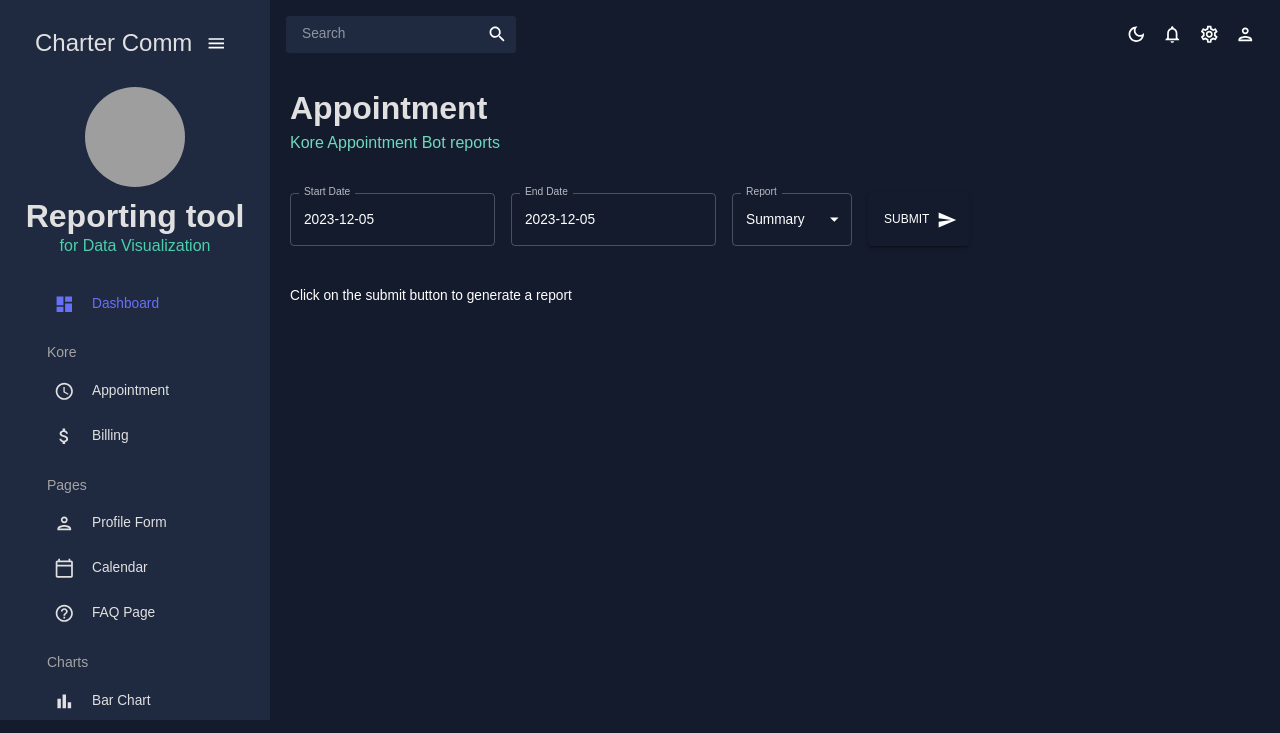
Repository: HenrryWith2Rs/reporthub
Page: /kore/appt (app in ui/)
An editor plug-in stored every save of this project. The page is shown before and after the next save, followed by the edit.
The browser window is 1280 px wide. The pictures show the whole page.
Pictures or frames that could not be fetched are drawn as grey boxes. The project was rebuilt for these pictures with package versions that can differ from the ones it lists, and the page was loaded fresh each time. Also part of the build but not shown: ui/vite.config.ts, ui/src/data/mockData.ts, ui/src/components/LineChart.tsx, ui/src/data/mockGeoFeatures.ts, ui/src/components/GeographyChart.tsx, ui/src/data/dataParser.ts, ui/src/components/BarChart.tsx, ui/src/components/ProgressCircle.tsx and 7 more.

Above is the page before, as saved 2023-12-07 07:27:47.

### ui/src/main.tsx
import React from 'react';
import ReactDOM from 'react-dom/client';
import { BrowserRouter } from 'react-router-dom';
import App from './App.tsx';
import './index.css';
import { LocalizationProvider } from '@mui/x-date-pickers';
import { AdapterDateFns } from '@mui/x-date-pickers/AdapterDateFns';
import { QueryClient, QueryClientProvider } from '@tanstack/react-query';
// import {ReactQueryDevtools} from "@tanstack/react-query-devtools"

const queryClient = new QueryClient();

ReactDOM.createRoot(document.getElementById('root')!).render(
  <React.StrictMode>
    <LocalizationProvider dateAdapter={AdapterDateFns}>
      <BrowserRouter>
        <QueryClientProvider client={queryClient}>
          <App />
        </QueryClientProvider>
      </BrowserRouter>
    </LocalizationProvider>
  </React.StrictMode>
);

### ui/src/App.tsx
import { Routes, Route } from 'react-router-dom';
import ThemeRegistry from './ThemeRegistry/ThemeRegistry';
import Topbar from './scenes/global/Topbar';
import Sidebar from './scenes/global/Sidebar';
import Dashboard from './scenes/dashboard';
import Appointment from './scenes/appointment';
import Bar from './scenes/bar';
import Pie from './scenes/pie';
import Line from './scenes/line';
import Geography from './scenes/geography';

function App() {
  return (
    <ThemeRegistry>
      <div className="app">
        <Sidebar />
        <main className="content">
          <Topbar />
          <Routes>
            <Route path="/" element={<Dashboard />} />
            <Route path="/kore/appt" element={<Appointment />} />
            <Route path="/bar" element={<Bar />} />
            <Route path="/pie" element={<Pie />} />
            <Route path="/line" element={<Line />} />
            <Route path="/geography" element={<Geography />} />
          </Routes>
        </main>
      </div>
    </ThemeRegistry>
  );
}

export default App;

### ui/src/index.css
@import url('https://fonts.googleapis.com/css2?family=Poppins:wght@300;400;500;600&family=Source+Code+Pro:wght@400;600;700&display=swap');

html,
body,
#root,
.app,
.content {
  height: 100%;
  width: 100%;
  font-family: 'Source Sans Pro', sans-serif;
}

.app {
  display: flex;
  position: relative;
}

::-webkit-scrollbar {
  width: 10px;
}

/* Track */
::-webkit-scrollbar-track {
  background: #e0e0e0;
}

/* Handle */
::-webkit-scrollbar-thumb {
  background: #888;
}

/* Handle on hover */
::-webkit-scrollbar-thumb:hover {
  background: #555;
}

### ui/src/ThemeRegistry/ThemeRegistry.tsx
import { ThemeProvider, CssBaseline } from '@mui/material';
import { ColorModeContext, useMode } from './theme';

export default function ThemeRegistry({
  children,
}: {
  children: React.ReactNode;
}) {
  const [theme, colorMode] = useMode();
  return (
    <ColorModeContext.Provider value={colorMode}>
      <ThemeProvider theme={theme}>
        {/* CssBaseline kickstart an elegant, consistent, and simple baseline to build upon. */}
        <CssBaseline />
        {children}
      </ThemeProvider>
    </ColorModeContext.Provider>
  );
}

### ui/src/scenes/global/Topbar.tsx
import { Box, IconButton, useTheme } from '@mui/material';
import { useContext } from 'react';
import { ColorModeContext, tokens } from '../../ThemeRegistry/theme';
import InputBase from '@mui/material/InputBase';
import LightModeOutlinedIcon from '@mui/icons-material/LightModeOutlined';
import DarkModeOutlinedIcon from '@mui/icons-material/DarkModeOutlined';
import NotificationsOutlinedIcon from '@mui/icons-material/NotificationsOutlined';
import SettingsOutlinedIcon from '@mui/icons-material/SettingsOutlined';
import PersonOutlinedIcon from '@mui/icons-material/PersonOutlined';
import SearchIcon from '@mui/icons-material/Search';

const Topbar = () => {
  const theme = useTheme();
  const colors = tokens(theme.palette.mode);
  const colorMode = useContext(ColorModeContext);

  return (
    <Box display="flex" justifyContent="space-between" p={2}>
      {/* SEARCH BAR */}
      <Box
        sx={{
          display: 'flex',
          backgroundColor: colors.primary[400],
          borderRadius: '3px',
        }}
      >
        <InputBase sx={{ ml: 2, flex: 1 }} placeholder="Search" />
        <IconButton type="button" sx={{ p: 1 }}>
          <SearchIcon />
        </IconButton>
      </Box>

      {/* ICONS */}
      <Box display="flex">
        <IconButton onClick={colorMode.toggleColorMode}>
          {theme.palette.mode === 'dark' ? (
            <DarkModeOutlinedIcon />
          ) : (
            <LightModeOutlinedIcon />
          )}
        </IconButton>
        <IconButton>
          <NotificationsOutlinedIcon />
        </IconButton>
        <IconButton>
          <SettingsOutlinedIcon />
        </IconButton>
        <IconButton>
          <PersonOutlinedIcon />
        </IconButton>
      </Box>
    </Box>
  );
};

export default Topbar;

### ui/src/scenes/global/Sidebar.tsx
import { useState } from 'react';
import { ProSidebar, Menu, MenuItem } from 'react-pro-sidebar';
import { Box, IconButton, Typography, useTheme } from '@mui/material';
import { Link } from 'react-router-dom';
import 'react-pro-sidebar/dist/css/styles.css';
import { tokens } from '../../ThemeRegistry/theme';
import DashboardIcon from '@mui/icons-material/Dashboard';
import AccessTimeIcon from '@mui/icons-material/AccessTime';
import AttachMoneyIcon from '@mui/icons-material/AttachMoney';

import PersonOutlinedIcon from '@mui/icons-material/PersonOutlined';
import CalendarTodayOutlinedIcon from '@mui/icons-material/CalendarTodayOutlined';
import HelpOutlineOutlinedIcon from '@mui/icons-material/HelpOutlineOutlined';
import BarChartOutlinedIcon from '@mui/icons-material/BarChartOutlined';
import PieChartOutlineOutlinedIcon from '@mui/icons-material/PieChartOutlineOutlined';
import TimelineOutlinedIcon from '@mui/icons-material/TimelineOutlined';
import MenuOutlinedIcon from '@mui/icons-material/MenuOutlined';
import MapOutlinedIcon from '@mui/icons-material/MapOutlined';

type ItemProps = {
  title: string;
  to: string;
  icon: JSX.Element;
  selected: string;
  setSelected: React.Dispatch<React.SetStateAction<string>>;
};

const Item: React.FC<ItemProps> = ({
  title,
  to,
  icon,
  selected,
  setSelected,
}) => {
  const theme = useTheme();
  const colors = tokens(theme.palette.mode);
  return (
    <MenuItem
      active={selected === title}
      style={{
        color: colors.grey[100],
      }}
      onClick={() => setSelected(title)}
      icon={icon}
    >
      <Typography>{title}</Typography>
      <Link to={to} />
    </MenuItem>
  );
};

const Sidebar = () => {
  const theme = useTheme();
  const colors = tokens(theme.palette.mode);
  const [isCollapsed, setIsCollapsed] = useState(false);
  const [selected, setSelected] = useState('Dashboard');

  return (
    <Box
      sx={{
        '& .pro-sidebar-inner': {
          background: `${colors.primary[400]} !important`,
        },
        '& .pro-icon-wrapper': {
          backgroundColor: 'transparent !important',
        },
        '& .pro-inner-item': {
          padding: '5px 35px 5px 20px !important',
        },
        '& .pro-inner-item:hover': {
          color: '#868dfb !important',
        },
        '& .pro-menu-item.active': {
          color: '#6870fa !important',
        },
      }}
    >
      <ProSidebar collapsed={isCollapsed}>
        <Menu iconShape="square">
          {/* LOGO AND MENU ICON */}
          <MenuItem
            onClick={() => setIsCollapsed(!isCollapsed)}
            icon={isCollapsed ? <MenuOutlinedIcon /> : undefined}
            style={{
              margin: '10px 0 20px 0',
              color: colors.grey[100],
            }}
          >
            {!isCollapsed && (
              <Box
                display="flex"
                justifyContent="space-between"
                alignItems="center"
                ml="15px"
              >
                <Typography variant="h3" color={colors.grey[100]}>
                  Charter Comm
                </Typography>
                <IconButton onClick={() => setIsCollapsed(!isCollapsed)}>
                  <MenuOutlinedIcon />
                </IconButton>
              </Box>
            )}
          </MenuItem>

          {!isCollapsed && (
            <Box mb="25px">
              <Box display="flex" justifyContent="center" alignItems="center">
                <img
                  alt="profile-user"
                  width="100px"
                  height="100px"
                  src={`../../assets/me.png`}
                  style={{ cursor: 'pointer', borderRadius: '50%' }}
                />
              </Box>
              <Box textAlign="center">
                <Typography
                  variant="h2"
                  color={colors.grey[100]}
                  fontWeight="bold"
                  sx={{ m: '10px 0 0 0' }}
                >
                  Reporting tool
                </Typography>
                <Typography variant="h5" color={colors.greenAccent[500]}>
                  for Data Visualization
                </Typography>
              </Box>
            </Box>
          )}

          <Box paddingLeft={isCollapsed ? undefined : '10%'}>
            <Item
              title="Dashboard"
              to="/"
              icon={<DashboardIcon />}
              selected={selected}
              setSelected={setSelected}
            />

            <Typography
              variant="h6"
              color={colors.grey[300]}
              sx={{ m: '15px 0 5px 20px' }}
            >
              Kore
            </Typography>
            <Item
              title="Appointment"
              to="/kore/appt"
              icon={<AccessTimeIcon />}
              selected={selected}
              setSelected={setSelected}
            />
            <Item
              title="Billing"
              to="/kore/bill"
              icon={<AttachMoneyIcon />}
              selected={selected}
              setSelected={setSelected}
            />

            <Typography
              variant="h6"
              color={colors.grey[300]}
              sx={{ m: '15px 0 5px 20px' }}
            >
              Pages
            </Typography>
            <Item
              title="Profile Form"
              to="/form"
              icon={<PersonOutlinedIcon />}
              selected={selected}
              setSelected={setSelected}
            />
            <Item
              title="Calendar"
              to="/calendar"
              icon={<CalendarTodayOutlinedIcon />}
              selected={selected}
              setSelected={setSelected}
            />
            <Item
              title="FAQ Page"
              to="/faq"
              icon={<HelpOutlineOutlinedIcon />}
              selected={selected}
              setSelected={setSelected}
            />

            <Typography
              variant="h6"
              color={colors.grey[300]}
              sx={{ m: '15px 0 5px 20px' }}
            >
              Charts
            </Typography>
            <Item
              title="Bar Chart"
              to="/bar"
              icon={<BarChartOutlinedIcon />}
              selected={selected}
              setSelected={setSelected}
            />
            <Item
              title="Pie Chart"
              to="/pie"
              icon={<PieChartOutlineOutlinedIcon />}
              selected={selected}
              setSelected={setSelected}
            />
            <Item
              title="Line Chart"
              to="/line"
              icon={<TimelineOutlinedIcon />}
              selected={selected}
              setSelected={setSelected}
            />
            <Item
              title="Geography Chart"
              to="/geography"
              icon={<MapOutlinedIcon />}
              selected={selected}
              setSelected={setSelected}
            />
          </Box>
        </Menu>
      </ProSidebar>
    </Box>
  );
};

export default Sidebar;

### ui/src/scenes/appointment/index.tsx
import { useState, useEffect } from 'react';
import { tokens } from '../../ThemeRegistry/theme';
import Header from '../../components/Header';
import {
  useTheme,
  Box,
  Stack,
  Button,
  MenuItem,
  InputLabel,
  FormControl,
  CircularProgress,
} from '@mui/material';
import SendIcon from '@mui/icons-material/Send';
import Select, { SelectChangeEvent } from '@mui/material/Select';
import { DatePicker } from '@mui/x-date-pickers/DatePicker';
import { format } from 'date-fns';
import { getLastNDays } from '../../utils/dateUtils';
import { ReportType } from '../../types/koreTypes';
import useBotData from '../../api/dataHooks/useAppointmentData';

const Appointment = () => {
  const theme = useTheme();
  const colors = tokens(theme.palette.mode);

  // State variables
  const [dateStart, setDateStart] = useState<Date | null>(new Date());
  const [dateEnd, setDateEnd] = useState<Date | null>(new Date());
  const [reportType, setReportType] = useState<ReportType>('summary');
  const [isFetchEnabled, setIsFetchEnabled] = useState<boolean>(false);

  // Effect to set initial date values
  useEffect(() => {
    const { startDate, endDate } = getLastNDays(1);
    setDateStart(startDate);
    setDateEnd(endDate);
  }, []);

  // Format date values
  const formattedStartDate = formatDate(dateStart);
  const formattedEndDate = formatDate(dateEnd);

  // Fetch data using useBotData
  const { data, isFetching, error, refetch } = useBotData(
    'appointment',
    formattedStartDate,
    formattedEndDate,
    reportType,
    'html',
    isFetchEnabled
  );

  // Log loading, error, or API response
  if (isFetching) {
    console.log('Loading...');
  } else if (error) {
    console.error('Error fetching data');
  } else if (data) {
    console.log('API Response:', data);
    // Display data or update state as needed
  }

  // Handle select change
  const handleSelectChange = (event: SelectChangeEvent) => {
    setReportType(event.target.value as ReportType);
  };

  // Handle form submission
  const handleSubmit = () => {
    setIsFetchEnabled(true); // Enable fetching
    refetch(); // Trigger API call
  };
  return (
    <Box m="20px">
      <Header title="Appointment" subtitle="Kore Appointment Bot reports" />
      <Box m="40px 0 0 0" height="75vh">
        <Stack direction="row" spacing={2}>
          <DatePicker
            label="Start Date"
            format="yyyy-MM-dd"
            value={dateStart}
            onChange={(newValue) => setDateStart(newValue)}
          />
          <DatePicker
            label="End Date"
            format="yyyy-MM-dd"
            value={dateEnd}
            onChange={(newValue) => setDateEnd(newValue)}
          />
          <FormControl sx={{ minWidth: 120 }}>
            <InputLabel>Report</InputLabel>
            <Select
              value={reportType}
              label="Report"
              onChange={handleSelectChange}
            >
              <MenuItem value={'summary'}>Summary</MenuItem>
              <MenuItem value={'detailed'}>Detailed</MenuItem>
            </Select>
          </FormControl>
          <Button
            variant="contained"
            endIcon={<SendIcon />}
            onClick={handleSubmit}
          >
            Submit
          </Button>
        </Stack>
        <Box m="40px 0 0 0" height="10vh">
          {isFetching ? (
            <CircularProgress />
          ) : error ? (
            <div>Error fetching data. Please try again.</div>
          ) : data ? (
            <div>Data loaded successfully!</div>
          ) : (
            <div>Click on the submit button to generate a report</div>
          )}
        </Box>
      </Box>
    </Box>
  );
};

const formatDate = (date: Date | null): string => {
  return date ? format(date, 'yyyy-MM-dd') : '';
};

export default Appointment;

### ui/src/ThemeRegistry/theme.ts
import { createContext, useState, useMemo } from 'react';
import { Theme, createTheme } from '@mui/material/styles';

type Mode = 'dark' | 'light';

// color design tokens export
export const tokens = (mode: Mode) => ({
  ...(mode === 'dark'
    ? {
        grey: {
          100: '#e0e0e0',
          200: '#c2c2c2',
          300: '#a3a3a3',
          400: '#858585',
          500: '#666666',
          600: '#525252',
          700: '#3d3d3d',
          800: '#292929',
          900: '#141414',
        },
        primary: {
          100: '#d0d1d5',
          200: '#a1a4ab',
          300: '#727681',
          400: '#1F2A40',
          500: '#141b2d',
          600: '#101624',
          700: '#0c101b',
          800: '#080b12',
          900: '#040509',
        },
        greenAccent: {
          100: '#dbf5ee',
          200: '#b7ebde',
          300: '#94e2cd',
          400: '#70d8bd',
          500: '#4cceac',
          600: '#3da58a',
          700: '#2e7c67',
          800: '#1e5245',
          900: '#0f2922',
        },
        redAccent: {
          100: '#f8dcdb',
          200: '#f1b9b7',
          300: '#e99592',
          400: '#e2726e',
          500: '#db4f4a',
          600: '#af3f3b',
          700: '#832f2c',
          800: '#58201e',
          900: '#2c100f',
        },
        blueAccent: {
          100: '#e1e2fe',
          200: '#c3c6fd',
          300: '#a4a9fc',
          400: '#868dfb',
          500: '#6870fa',
          600: '#535ac8',
          700: '#3e4396',
          800: '#2a2d64',
          900: '#151632',
        },
      }
    : {
        grey: {
          100: '#141414',
          200: '#292929',
          300: '#3d3d3d',
          400: '#525252',
          500: '#666666',
          600: '#858585',
          700: '#a3a3a3',
          800: '#c2c2c2',
          900: '#e0e0e0',
        },
        primary: {
          100: '#040509',
          200: '#080b12',
          300: '#0c101b',
          400: '#f2f0f0', // manually changed
          500: '#141b2d',
          600: '#1F2A40',
          700: '#727681',
          800: '#a1a4ab',
          900: '#d0d1d5',
        },
        greenAccent: {
          100: '#0f2922',
          200: '#1e5245',
          300: '#2e7c67',
          400: '#3da58a',
          500: '#4cceac',
          600: '#70d8bd',
          700: '#94e2cd',
          800: '#b7ebde',
          900: '#dbf5ee',
        },
        redAccent: {
          100: '#2c100f',
          200: '#58201e',
          300: '#832f2c',
          400: '#af3f3b',
          500: '#db4f4a',
          600: '#e2726e',
          700: '#e99592',
          800: '#f1b9b7',
          900: '#f8dcdb',
        },
        blueAccent: {
          100: '#151632',
          200: '#2a2d64',
          300: '#3e4396',
          400: '#535ac8',
          500: '#6870fa',
          600: '#868dfb',
          700: '#a4a9fc',
          800: '#c3c6fd',
          900: '#e1e2fe',
        },
      }),
});

// mui theme settings
export const themeSettings = (mode: Mode) => {
  const colors = tokens(mode);
  return {
    palette: {
      mode: mode,
      ...(mode === 'dark'
        ? {
            // palette values for dark mode
            primary: {
              main: colors.primary[500],
            },
            secondary: {
              main: colors.greenAccent[500],
            },
            neutral: {
              dark: colors.grey[700],
              main: colors.grey[500],
              light: colors.grey[100],
            },
            background: {
              default: colors.primary[500],
            },
          }
        : {
            // palette values for light mode
            primary: {
              main: colors.primary[100],
            },
            secondary: {
              main: colors.greenAccent[500],
            },
            neutral: {
              dark: colors.grey[700],
              main: colors.grey[500],
              light: colors.grey[100],
            },
            background: {
              default: '#fcfcfc',
            },
          }),
    },
    typography: {
      fontFamily: ['Source Sans Pro', 'sans-serif'].join(','),
      fontSize: 12,
      h1: {
        fontFamily: ['Source Sans Pro', 'sans-serif'].join(','),
        fontSize: 40,
      },
      h2: {
        fontFamily: ['Source Sans Pro', 'sans-serif'].join(','),
        fontSize: 32,
      },
      h3: {
        fontFamily: ['Source Sans Pro', 'sans-serif'].join(','),
        fontSize: 24,
      },
      h4: {
        fontFamily: ['Source Sans Pro', 'sans-serif'].join(','),
        fontSize: 20,
      },
      h5: {
        fontFamily: ['Source Sans Pro', 'sans-serif'].join(','),
        fontSize: 16,
      },
      h6: {
        fontFamily: ['Source Sans Pro', 'sans-serif'].join(','),
        fontSize: 14,
      },
    },
  };
};

// context for color mode
export const ColorModeContext = createContext({
  toggleColorMode: () => {},
});

export const useMode = (): [Theme, { toggleColorMode: () => void }] => {
  const [mode, setMode] = useState<Mode>('dark');

  const colorMode = useMemo(
    () => ({
      toggleColorMode: () =>
        setMode((prev) => (prev === 'light' ? 'dark' : 'light')),
    }),
    []
  );

  const theme = useMemo(() => createTheme(themeSettings(mode)), [mode]);
  return [theme, colorMode];
};

### ui/src/components/Header.tsx
import { Typography, Box, useTheme } from '@mui/material';
import { tokens } from '../ThemeRegistry/theme';

type HeaderProps = {
  title: string;
  subtitle: string;
};

const Header = ({ title, subtitle }: HeaderProps) => {
  const theme = useTheme();
  const colors = tokens(theme.palette.mode);
  return (
    <Box mb="30px">
      <Typography
        variant="h2"
        color={colors.grey[100]}
        fontWeight="bold"
        sx={{ m: '0 0 5px 0' }}
      >
        {title}
      </Typography>
      <Typography variant="h5" color={colors.greenAccent[400]}>
        {subtitle}
      </Typography>
    </Box>
  );
};

export default Header;

### ui/src/utils/dateUtils.ts
import { subDays } from 'date-fns';

export function getLastNDays(n: number): {
  startDate: Date;
  endDate: Date;
} {
  const currentDate = new Date();
  const endDate = subDays(currentDate, 1);
  const startDate = subDays(currentDate, n);

  return { startDate, endDate };
}

### ui/src/api/dataHooks/useAppointmentData.ts
// useBotData.ts
import { useQuery } from '@tanstack/react-query';
import {
  RequestParameters,
  BotType,
  ReportType,
  FormatType,
} from '../../types/koreTypes';
import { fetchAppointmentData } from '../data/koreBotDataFetcher';

const useBotData = (
  botType: string,
  dateStart: string,
  dateEnd: string,
  reportType: string,
  format: string,
  isFetchEnabled: boolean
) => {
  const params: RequestParameters = {
    bot: botType as BotType,
    reportType: reportType as ReportType,
    format: format as FormatType,
    dateStart,
    dateEnd,
  };

  const { data, isFetching, error, refetch } = useQuery({
    queryKey: [`${botType}Data`, dateStart, dateEnd],
    queryFn: () => fetchAppointmentData(params),
    enabled: isFetchEnabled,
  });

  return {
    data,
    isFetching,
    error,
    refetch,
  };
};

export default useBotData;

### ui/src/api/data/koreBotDataFetcher.ts
import axios from 'axios';
import { RequestParameters } from '../../types/koreTypes';

export const fetchAppointmentData = async (params: RequestParameters) => {
  try {
    const response = await axios.post(
      'http://localhost:3000/api/kore/appt',
      params
    );

    return response.data;
  } catch (error) {
    throw new Error(`Failed to fetch appointment data -> ${error}`);
  }
};

Loaded but not shown: ui/index.html (common file)

After the next save:
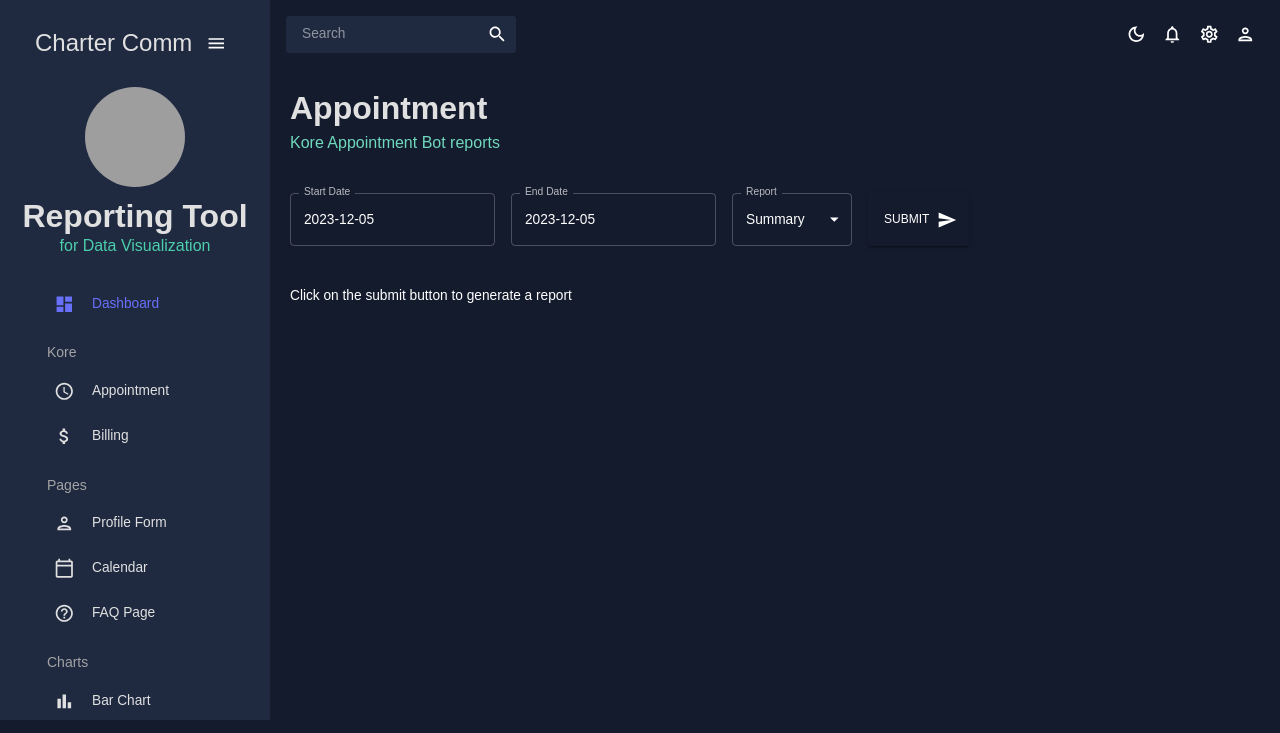
Saved 6 s later.
--- a/ui/src/scenes/global/Sidebar.tsx
+++ b/ui/src/scenes/global/Sidebar.tsx
@@ -121,7 +121,7 @@ const Sidebar = () => {
                   fontWeight="bold"
                   sx={{ m: '10px 0 0 0' }}
                 >
-                  Reporting tool
+                  Reporting Tool
                 </Typography>
                 <Typography variant="h5" color={colors.greenAccent[500]}>
                   for Data Visualization
